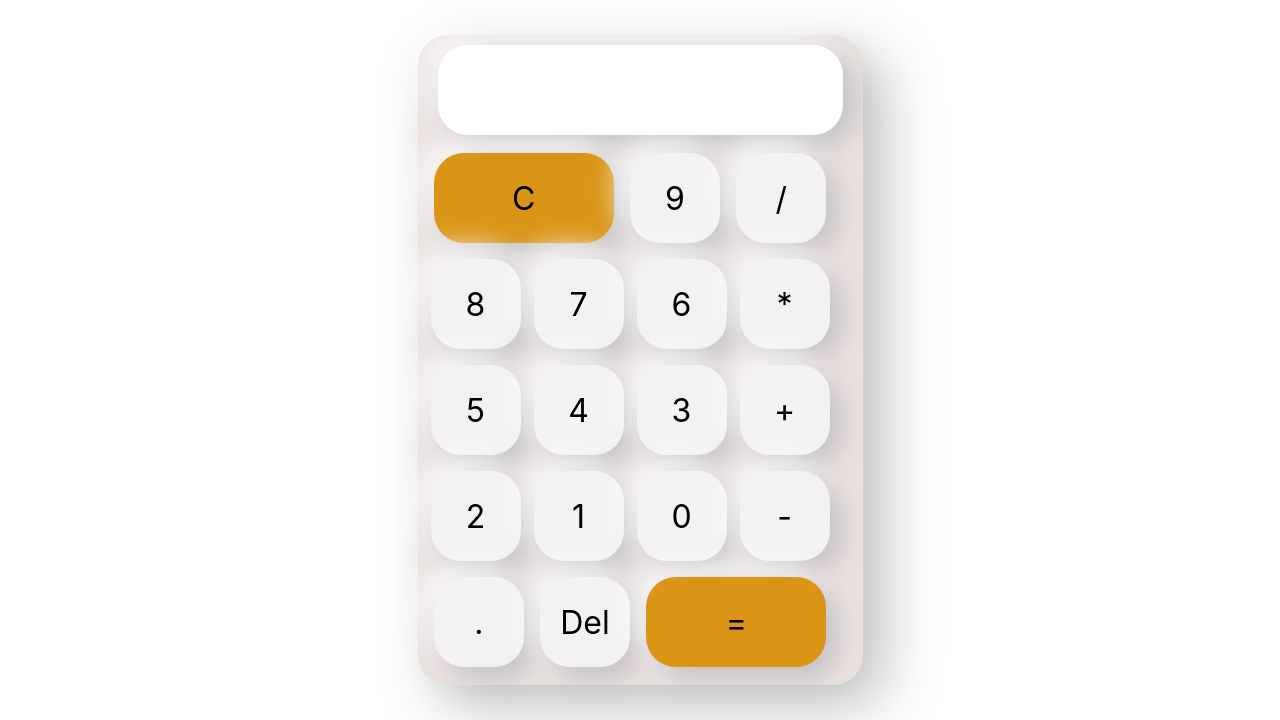
Repository: janidulnkg1/react-prac
Page: / (app in calculator/)
An editor plug-in stored every save of this project. The page is shown before and after the next save, followed by the edit.
The browser window is 1280 px wide. The pictures show the whole page.
The project was rebuilt for these pictures with package versions that can differ from the ones it lists, and the page was loaded fresh each time. Also part of the build but not shown: calculator/src/App.css.

Above is the page before, as saved 2023-09-15 11:17:02.

### calculator/src/App.js
import logo from './logo.svg';
import './App.css';
import Home from './components/Home';

function App() {
  return (
    <>
    <Home/>
    </>
  );
}

export default App;

### calculator/src/components/Home.js
import React from 'react'
import classes from "./Home.module.css"
import Button from './Button'


function Home() {

const buttons = ["C","9","/","8","7","6","*","5","4","3","+","2","1","0","-",".","Del","="]






  return (
    <div className={classes.home}>
      <div className={classes.inner}>
        <div className={classes.result}>
          <div className={classes.resbox}>
            </div>
        </div>
      <div className={classes.btns}>
        {buttons.map((ele,index)=> {return <Button value={ele} key={index}/>})}
      </div>
      </div>
    </div>
  )
}

export default Home

### calculator/src/components/Home.module.css
*{
    padding: 0;
     margin: 0;
     box-sizing: border-box;
}

.home{
    height: 100vh;
    width: 100vw;
    display: flex;
    justify-content: center;
    align-items: center;
}

.inner{
    height: 650px;
    width: 445px;
    border-radius: 30px;
    background-color: #ece1e1;
    box-shadow: 20px 20px 60px #bebebe,
     -20px -20px 60px #ffffff;
}

.result{
    font-size: 2rem;
    width: 405px;
    height: 90px;
    scrollbar-width: none;
    margin: auto;
    margin-top: 10px;
    margin-bottom: 10px;
    border-radius: 30px;
    background: white;
    box-shadow: 10px 10px 30px #bebebe,
    -10px -10px 30px #ffffff;
}

.resbox{
    width: 390px;
    height: min-content;
    overflow-y: auto;
    padding-left: 10px;
    padding-right: 10px;
    text-align: right;
}

.btns{
    height: 530px;
    width: 425px;
    display: flex;
    flex-flow: row wrap;
    justify-content: space-evenly;
    align-items:center;
    border-radius:20px;
}

### calculator/src/components/Button.js
import React from 'react'
import classes from "./Button.module.css"

function Button({value}) {
  return (
    <div className={value == "C" || value == "=" ? `${classes.calcBtns} ${classes.res}`: `${classes.calcBtns}`}>
        {value}
    </div>
  )
}

export default Button

### calculator/src/components/Button.module.css
.calcBtns{
    height: 90px;
    width: 90px;
    font-size: 2rem;
    display: flex;
    justify-content: center;
    align-items:center;
    border-radius:30px;
    background-color: #f4f1f1;
    user-select: none;
    box-shadow: 10px 10px 30px #bebebe, -10px -10px 30px #ffffff;
}

.res{
    width: 180px;
    background-color:rgb(218, 149, 22)
}

Loaded but not shown: calculator/public/index.html (common file); calculator/src/index.js (common file); calculator/src/index.css (common file); calculator/src/reportWebVitals.js (common file)

After the next save:
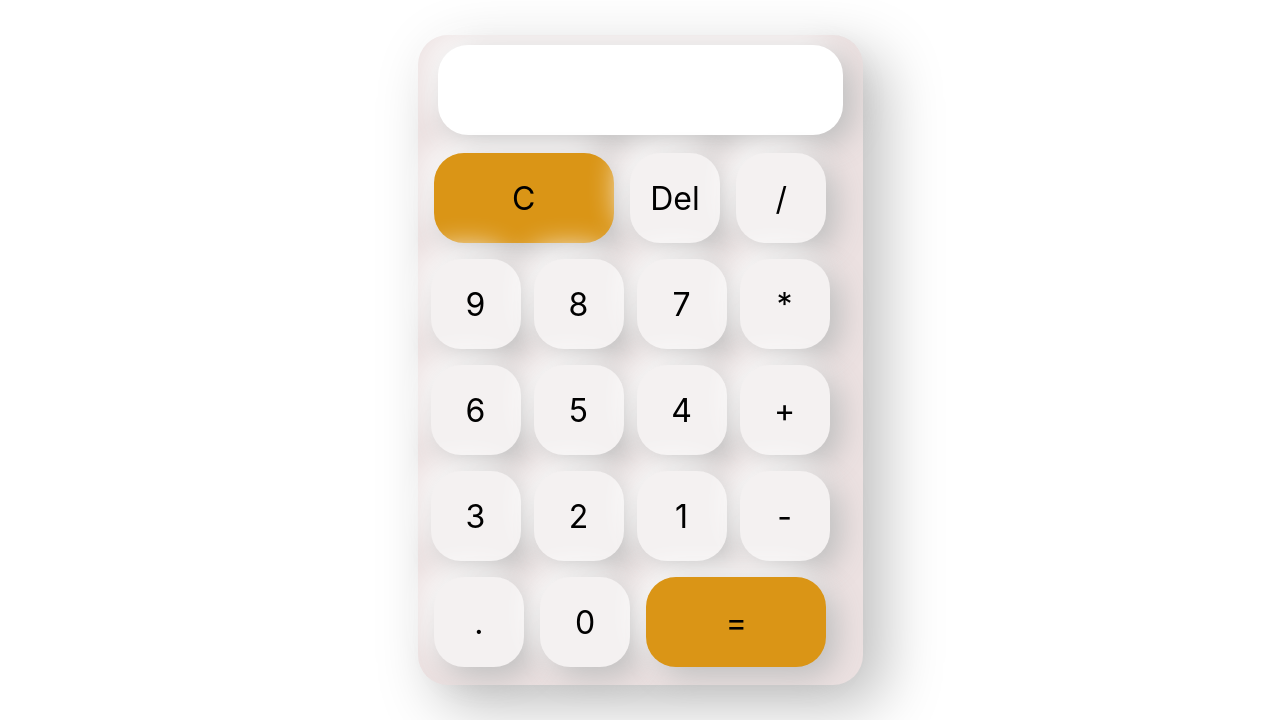
Saved 92 s later.
--- a/calculator/src/components/Home.js
+++ b/calculator/src/components/Home.js
@@ -5,7 +5,7 @@ import Button from './Button'
 
 function Home() {
 
-const buttons = ["C","9","/","8","7","6","*","5","4","3","+","2","1","0","-",".","Del","="]
+const buttons = ["C","Del","/","9","8","7","*","6","5","4","+","3","2","1","-",".","0","="]
 
 
 
